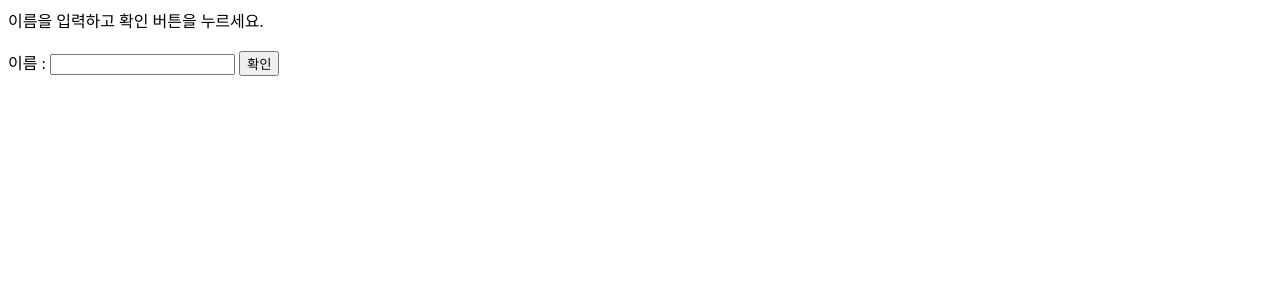
Repository: usonihs/StudyX
Page: http://localhost/JSP/Request_01.jsp
These files come from the project's save history. The page is drawn as it stood at one moment and after the next save; the edit follows.
The browser window is 1280 px wide. The pictures show the whole page.
The page is served by Tomcat 9.

Above is the page before, as saved 2022-10-20 02:23:18.

### JSP/JSP/src/main/webapp/Request_01.jsp
<%@ page language="java" contentType="text/html; charset=UTF-8"
    pageEncoding="UTF-8"%>
<!DOCTYPE html>
<html>
<head>
<meta charset="UTF-8">
<title>이름 입력</title>
</head>
<body>
	이름을 입력하고 확인 버튼을 누르세요.
	<br>
	<br>
	<form action ="Request_02.jsp" method ="post">
		이름 : <input type="text" name ="yourname">
				<input type="submit" value="확인">
		</form>

</body>
</html>

After the next save:
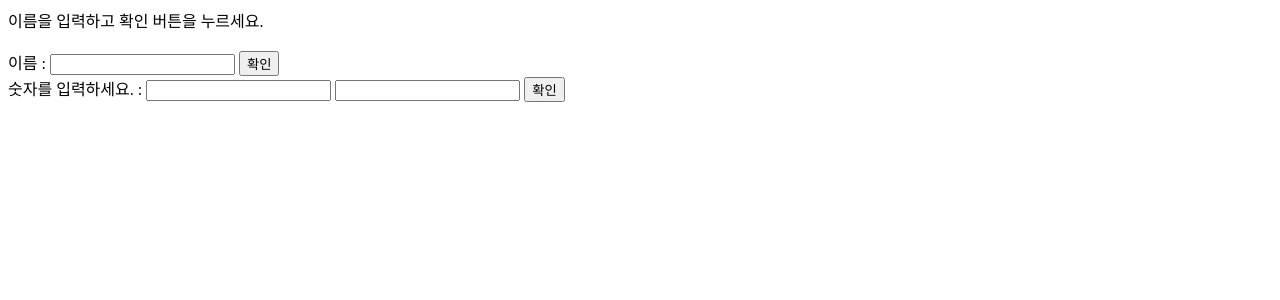
Saved 2 min 48 s later.
--- a/JSP/JSP/src/main/webapp/Request_01.jsp
+++ b/JSP/JSP/src/main/webapp/Request_01.jsp
@@ -15,5 +15,11 @@
 				<input type="submit" value="확인">
 		</form>
 
+	<form action ="Request_02.jsp" method ="post">
+		숫자를 입력하세요. : <input type="text" name ="num1">
+		  <input type="text" name ="num1">
+				<input type="submit" value="확인">
+		</form>
+
 </body>
 </html>
